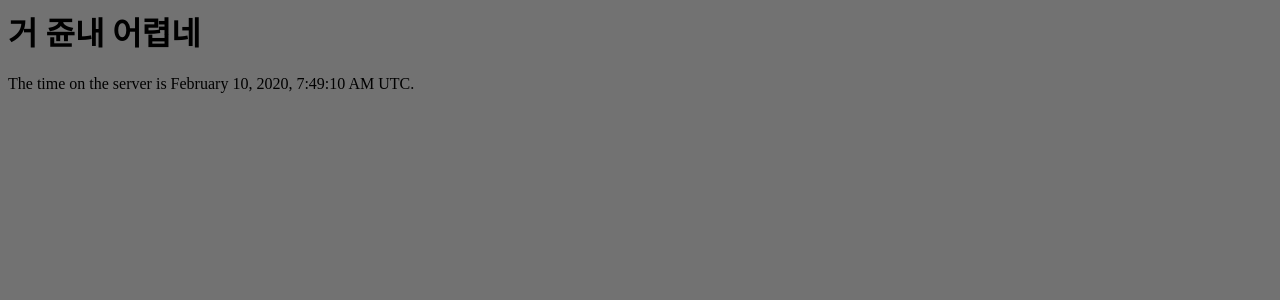
Repository: yoshicon/yoshino
Page: http://localhost/vavo/
An editor plug-in stored every save of this project. The page is shown before and after the next save, followed by the edit.
The browser window is 1280 px wide. The pictures show the whole page.
The page is served by Tomcat 9. The template is opened directly, without the code that normally fills it, so the values that code supplies are empty.

Above is the page before, as saved 2020-02-10 08:25:46.

After the next save:
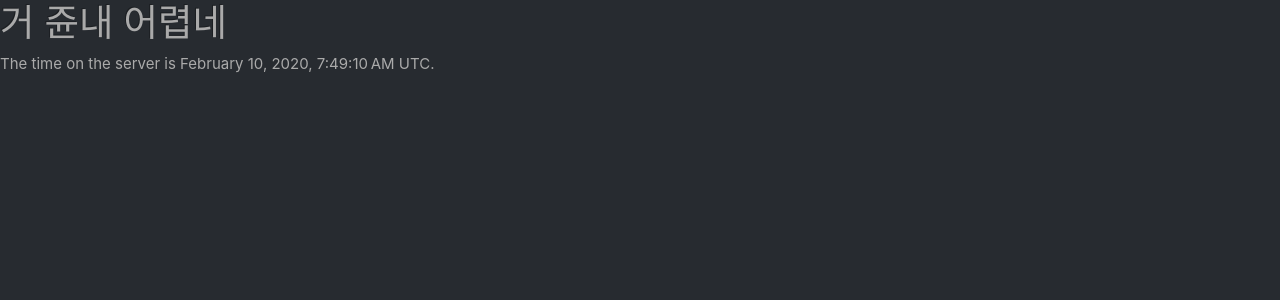
Saved 43 s later.
--- a/vavo/src/main/webapp/WEB-INF/views/home.jsp
+++ b/vavo/src/main/webapp/WEB-INF/views/home.jsp
@@ -4,6 +4,7 @@
 <html>
 <head>
 	<title>바보</title>
+	<link rel="stylesheet" href="bootstrap.min.css">
 </head>
 <body bgcolor="#727272">
 <h1>
